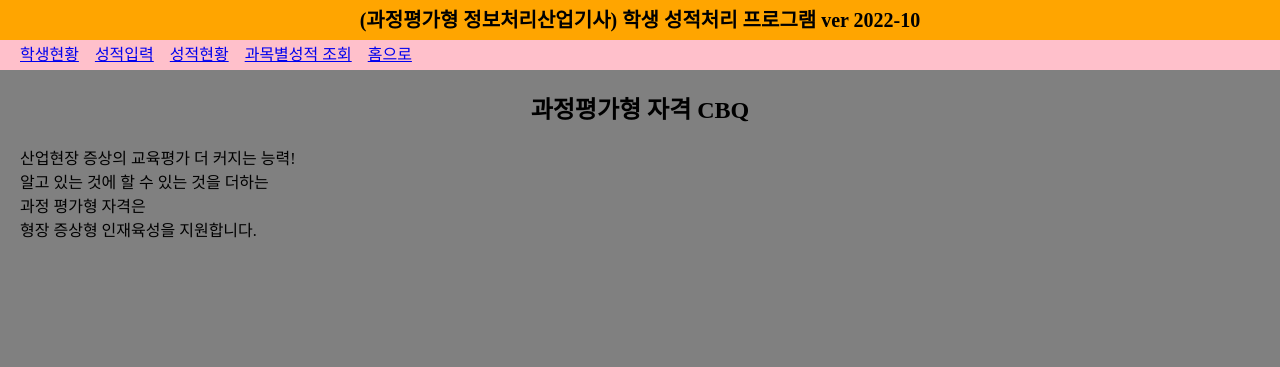
Repository: wjdwlgns1101/school_hrd
Page: http://localhost/school_30111/
These files come from the project's save history. The page is drawn as it stood at one moment and after the next save; the edit follows.
The browser window is 1280 px wide. The pictures show the whole page.
The page is served by Tomcat 9.

Above is the page before, as saved 2024-04-29 07:06:05.

After the next save:
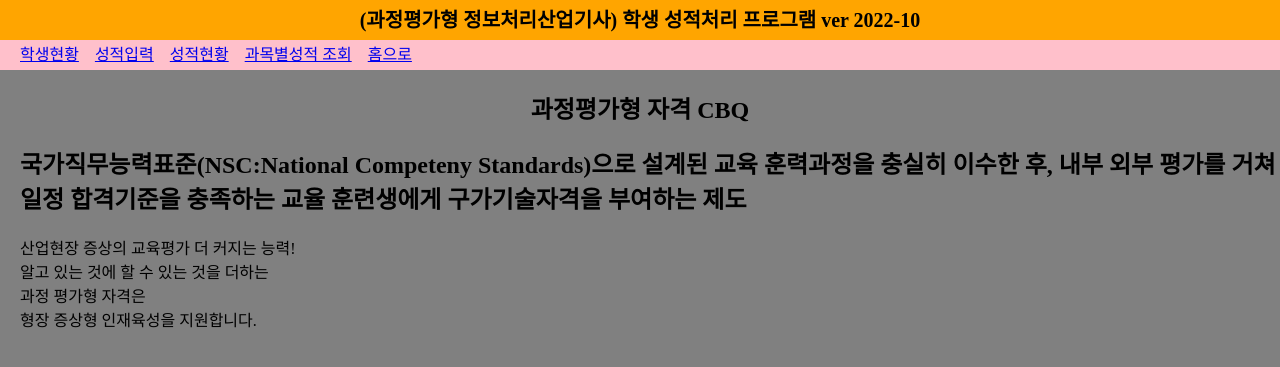
Saved 110 s later.
--- a/hrd_30111_school2 완성/school_30111/src/main/webapp/index.jsp
+++ b/hrd_30111_school2 완성/school_30111/src/main/webapp/index.jsp
@@ -11,6 +11,7 @@
 
 <section style="position: fixed; background-color: gray; width: 100%; top: 70px; height: 100%; left: 0;">
 	<h2 style="text-align: center;"><b>과정평가형 자격 CBQ</b></h2>
+	<h1 style="padding-left: 20px"> 국가직무능력표준(NSC:National Competeny Standards)으로 설계된 교육 훈력과정을 충실히 이수한 후, 내부 외부 평가를 거쳐 일정 합격기준을 충족하는 교율 훈련생에게 구가기술자격을 부여하는 제도 </h1>
 	<p style="padding-left: 20px">
 	산업현장 증상의 교육평가 더 커지는 능력! <br>
 	알고 있는 것에 할 수 있는 것을 더하는 <br>
